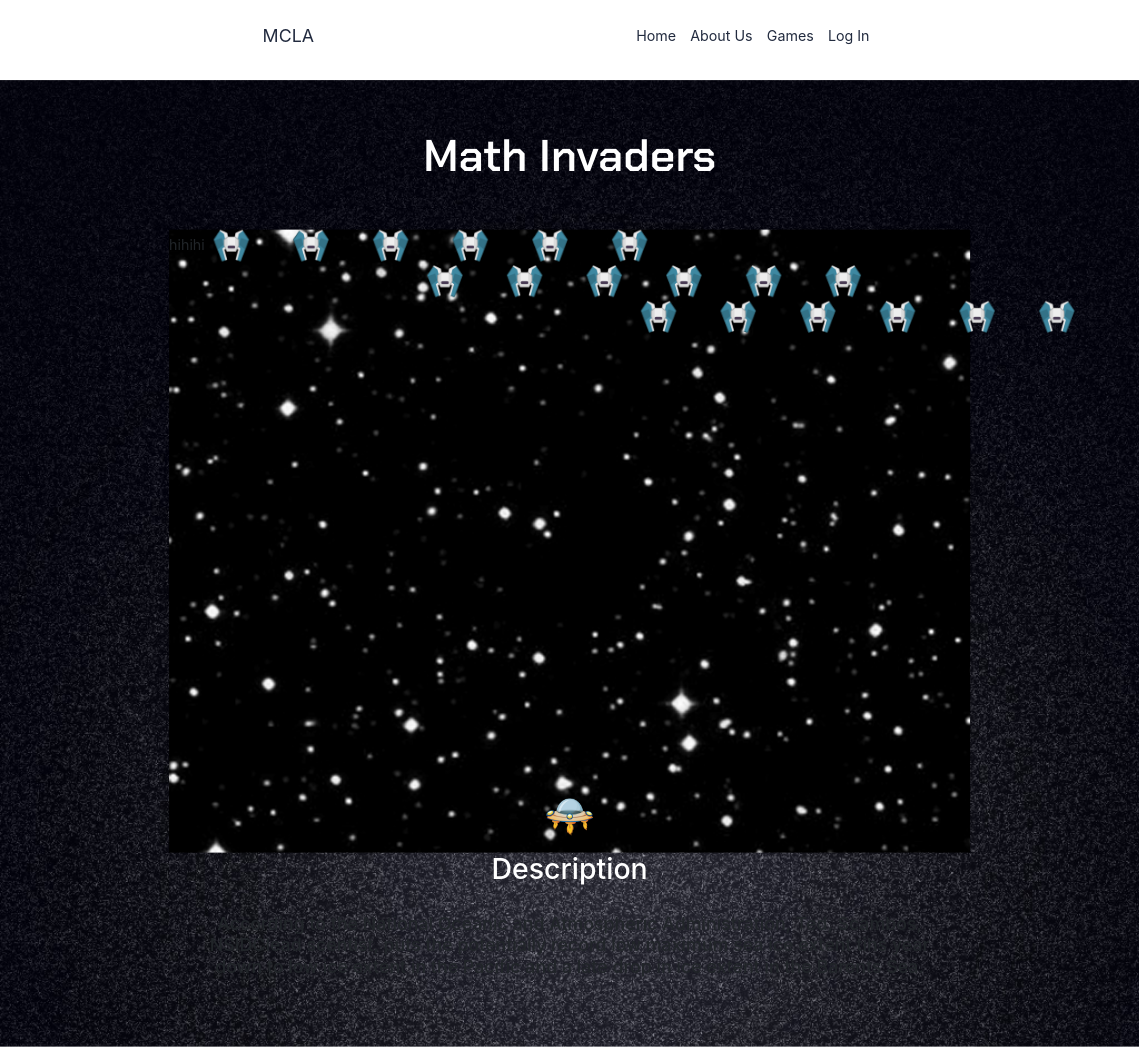
Repository: kkyler24/MathInvader
Page: index.html
The author's editor kept a copy of each file at every save. The page is drawn from the files as they stood at one save, then again after the next save.
The browser window is 1280 px wide. The pictures show the whole page, at 89% of full size.
Some web libraries are served in a nearby version.

Above is the page before, as saved 2020-07-20 15:21:54.

### index.html
<!DOCTYPE html>
<html lang="en">
  <head>
    <!-- Required meta tags -->
    <meta charset="utf-8" />
    <meta
      name="viewport"
      content="width=device-width, initial-scale=1, shrink-to-fit=no"
    />

    <!-- Bootstrap CSS -->
    <link
      rel="stylesheet"
      href="https://maxcdn.bootstrapcdn.com/bootstrap/4.0.0/css/bootstrap.min.css"
      integrity="sha384-Gn5384xqQ1aoWXA+058RXPxPg6fy4IWvTNh0E263XmFcJlSAwiGgFAW/dAiS6JXm"
      crossorigin="anonymous"
    />

    <link
      href="https://fonts.googleapis.com/css2?family=Chakra+Petch:wght@600&display=swap"
      rel="stylesheet"
    />
    <link href="./jsFolder/index.css" rel="stylesheet" />

    <title>Math Invaders</title>
  </head>
  <!-- Navbar -->
  <body class="burger-menu">
    <div id="mainBody">
      <nav
        id="marginb"
        class="navbar navbar-expand-lg fixed-top navbar-transparent"
      >
        <div class="container">
          <a class="navbar-brand" href="#">MCLA</a>
          <div class="separator separator-primary"></div>
          <button
            class="navbar-toggler"
            type="button"
            data-toggle="collapse"
            data-target="#navbarNav"
            aria-controls="navbarNav"
            aria-expanded="false"
            aria-label="Toggle navigation"
          >
            <span class="navbar-toggler-icon"></span>
          </button>
          <div class="collapse navbar-collapse" id="navbarNav">
            <ul class="navbar-nav">
              <li class="nav-item active">
                <a class="nav-link" href="#"
                  >Home <span class="sr-only">(current)</span></a
                >
              </li>
              <li class="nav-item">
                <a class="nav-link" href="#">About Us</a>
              </li>
              <li class="nav-item">
                <a class="nav-link" href="#">Games</a>
              </li>
              <li class="nav-item">
                <a class="nav-link" href="#">Log In</a>
              </li>
            </ul>
          </div>
        </div>
      </nav>
      <div id="wrapper">


      </div>
      <div id="backgroundSection" class="section section-about-us">
        <div class="content-center">
            <div class="containerM">
              <h1 id="titleG" class="title">Math Invaders</h1>
            </div>
          </div>
        <div class="containerM">
          <div class="section-story-overview">

            <div class="separator separator-primary"></div>
            <div class="game-wrapper">
<div id="Game" class="Game"> hihihi</div>
<div class="congratulations">
    <h1>Congratulations!</h1>
    <h2>You won the game</h2>
    <button class="btn" onclick="window.location.reload()">Restart</button>
              </div>
              <div class="game-over">
                <h1>GAME OVER</h1>
                <h2>You lost the game</h2>
                <button class="btn" onclick="window.location.reload()">Restart</button>
          </div>
                    </div>
                    <div class="separator separator-primary"></div>
                    <div class="row">
                        <div class="col-md-8 ml-auto mr-auto text-center">
                            <h2 class="title gameT">Description</h2>
                            <h5 class="description">According to the National Oceanic and Atmospheric Administration, Ted, Scambos, NSIDClead scentist, puts the potentially record low maximum sea ice extent tihs year down to low ice extent in the Pacific and a late drop in ice extent in the Barents Sea.</h5>
                        </div>
                    </div>
                </div>
            </div>
        </div>
    </div>
    </div>
</div>
    <!-- Optional JavaScript -->
    <!-- jQuery first, then Popper.js, then Bootstrap JS -->
    <script
      src="https://code.jquery.com/jquery-3.2.1.slim.min.js"
      integrity="sha384-KJ3o2DKtIkvYIK3UENzmM7KCkRr/rE9/Qpg6aAZGJwFDMVNA/GpGFF93hXpG5KkN"
      crossorigin="anonymous"
    ></script>
    <script
      src="https://cdnjs.cloudflare.com/ajax/libs/popper.js/1.12.9/umd/popper.min.js"
      integrity="sha384-ApNbgh9B+Y1QKtv3Rn7W3mgPxhU9K/ScQsAP7hUibX39j7fakFPskvXusvfa0b4Q"
      crossorigin="anonymous"
    ></script>
    <script
      src="https://maxcdn.bootstrapcdn.com/bootstrap/4.0.0/js/bootstrap.min.js"
      integrity="sha384-JZR6Spejh4U02d8jOt6vLEHfe/JQGiRRSQQxSfFWpi1MquVdAyjUar5+76PVCmYl"
      crossorigin="anonymous"
    ></script>


    <script src="./jsFolder/Aliens.js"></script>
    <script src="./jsFolder/tokens.js"></script>
    <script src="./jsFolder/game.js"></script>
  </body>
</html>

### jsFolder/index.css
html,
body {
  height: 100%;
  margin: 0;
  font-size: 16px;
  columns: #222b3f;
}
/*  navbar*/

.navbar.navbar-transparent {
  background-color: transparent !important;
  box-shadow: none;
  color: #fff;
  padding-top: 20px !important;
}

.fixed-top {
  position: fixed;
  top: 0;
  right: 0;
  left: 0;
  z-index: 1030;
}
#navbarNav {
  justify-content: flex-end;
}

#marginb {
  margin-bottom: 20px !important;
}
.navbar {
  position: relative;
  display: flex;
  flex-wrap: wrap;
  align-items: center;
  justify-content: space-between;
  padding: 0.5rem 1rem;
  padding-top: 0.625rem;
  padding-bottom: 0.625rem;
  min-height: 53px;
}

a {
  color: #222b3f;
  text-decoration: none;
  background-color: transparent;
}

.containerM {
  width: 100%;
  padding-right: 15px;
  padding-left: 15px;
  margin-right: auto;
  margin-left: auto;
}

.button-dropdown {
  padding-right: 0.7rem;
  cursor: pointer;
}

.navbar.navbar-transparent {
  background-color: transparent !important;
  color: #fff;
}

.dropdown {
  position: relative;
}

.navbar > .container {
  display: flex;
  flex-wrap: wrap;
  align-items: center;
  justify-content: space-between;
}

.gameT {
  color: #fff;
}
#titleG {
  font-family: "Chakra Petch", sans-serif;
  font-size: 50px;
  font-weight: 700;
  padding-top: 30px;
}
/*  container */

.page-header.page-header-small {
  min-height: 60vh;
  max-height: 440px;
}

.page-header {
  padding: 0;
  color: #fff;
  position: relative;
  overflow: hidden;
}

.page-header .page-header-image {
  position: absolute;
  background-size: cover;
  background-position: 50%;
  width: 100%;
  height: 100%;
  z-index: -1;
}

.navbar-toggler:not(:disabled):not(.disabled) {
  cursor: pointer;
}

.content-center {
  position: relative;
  top: 50%;
  left: 50%;
  z-index: 2;
  transform: translate(-50%, -50%);
  text-align: center;
  color: #fff;
  padding: 0 15px;
  width: 100%;
  max-width: 880px;
}

.text-center {
  text-align: center !important;
}

.page-header .container {
  height: 100%;
  z-index: 1;
  text-align: center;
  position: relative;
}

.section {
  padding: 70px 0;
  position: relative;
  background: #fff;
}

.row {
  display: flex;
  flex-wrap: wrap;
  margin-right: -15px;
  margin-left: -15px;
}

.ml-auto,
.mx-auto {
  margin-left: auto !important;
}
.mr-auto,
.mx-auto {
  margin-right: auto !important;
}

.col-md-8 {
  position: relative;
  width: 100%;
  padding-right: 15px;
  padding-left: 15px;
}
h2 {
  margin-bottom: 30px;
  line-height: 1.2;
}

#backgroundSection {
  background-image: url("./pictures/MathApics/spaceship/blackmatte.jpg");
  background-repeat: no-repeat;
  background-size: cover;
  width: 100%;
  height: auto;
}

/* Game */

#Game {
  width: 900px;
  height: 700px;
  background: url("/jsFolder/pictures/MathApics/spaceship/blackskybackground.jpg");
  animation: scroll-background 5s linear infinite;
  box-shadow: 0 2px 10px rgba(0, 0, 0, 0.2);
  position: relative;
}

.wrap {
  display: flex;
  flex-direction: column;
  height: 100%;
}

.game-wrapper {
  flex: 1;
  display: flex;
  justify-content: center;
  align-items: center;
  /* background: #2; */
}

.game .enemy {
  position: absolute;
  margin-left: -20px;
  margin-top: -18px;
  width: 40px;
  height: 40px;
}

.game .token {
  position: absolute;
  margin-left: -20px;
  margin-top: -18px;
  width: 40px;
}

.player {
  position: absolute;
  margin-left: -20px;
  width: 60px;
  height: 60px;
  z-index: 3;
}

.game {
  position: absolute;
  margin-left: -20px;
  width: 40px;
  height: 40px;
}

.game .laser {
  position: absolute;
  margin-left: -2.5px;
  height: 30px;
}

.game .enemy-laser {
  position: absolute;
  margin-left: -2.5px;
  height: 30px;
}

.congratulations {
  display: none;
  position: absolute;
  background: #c7a526;
  color: white;
  padding: 20px 50px;
  box-shadow: 0 2px 10px rgba(0, 0, 0, 0.2);
  border-radius: 10px;
  text-align: center;
  animation: pop-in 1s;
}

.game-over {
  display: none;
  position: absolute;
  background: #6b1818;
  color: white;
  padding: 20px 50px;
  box-shadow: 0 2px 10px rgba(0, 0, 0, 0.2);
  border-radius: 10px;
  text-align: center;
  animation: pop-in 1s;
}

@keyframes scroll-background {
  from {
    background-position-y: 0px;
  }
  to {
    background-position-y: 300px;
  }
}

@keyframes pop-in {
  0% {
    opacity: 0;
    transform: translate(0, -100px);
  }
  10% {
    opacity: 1;
  }
  50% {
    transform: translate(0, 30px);
  }
  100% {
    transform: translate(0, 0);
  }
}

/* media Queries */

@media (min-width: 768px) {
  .col-md-8 {
    flex: 0 0 66.666667%;
    max-width: 66.666667%;
  }
}
@media (min-width: 768px) {
  .container {
    max-width: 720px;
  }
}

@media (min-width: 992px) {
  .navbar-expand-lg .navbar-toggler {
    display: none;
  }
}

@media (max-width: 991.98px) {
  .navbar-expand-lg > .container {
    padding-right: 0;
    padding-left: 0;
  }
}

@media (min-width: 768px) {
  .container {
    max-width: 720px;
  }
}

@media screen and (max-width: 991px) {
  .button-dropdown {
    display: none;
  }
}

@media (min-width: 992px) {
  .navbar-expand-lg .navbar-toggler {
    display: none;
  }
}

@media screen and (max-width: 991px) {
  .sidebar-collapse .wrapper {
    transition: all 0.5s cubic-bezier(0.685, 0.0473, 0.346, 1);
  }
}

### jsFolder/game.js
const GAME_WIDTH = 800;
const GAME_HEIGHT = 700;

const KEY_CODE_LEFT = 37;
const KEY_CODE_RIGHT = 39;
const KEY_CODE_SPACE = 32;
const POINT_VALUE = 0;
// needed to calculate clamp so player an enemies so no move off screen.
const PLAYER_WIDTH = 5;
// ship movement speed
const PLAYER_MAX_SPEED = 500.0;
const LASER_MAX_SPEED = 300.0;
const LASER_COOLDOWN = 0.5;

const TOKENS_PER_ROW = 10;
const ENEMIES_PER_ROW = 6;
const ENEMY_HORIZONTAL_PADDING = 10;
const ENEMY_VERTICAL_PADDING = 20;
const ENEMY_VERTICAL_SPACING = 40;
const ENEMY_COOLDOWN = 5.0;
// contains entire state of game which included position of player, lasers and enemies on screen.
const tokensArray = [
  {
    url: "/jsFolder/pictures/MathApics/invaders_png/one.png",
    point: 1,
  },
  {
    url: "/jsFolder/pictures/MathApics/invaders_png/two.png",
    point: 2,
  },
  {
    url: "/jsFolder/pictures/MathApics/invaders_png/three.png",
    point: 3,
  },
  {
    url: "/jsFolder/pictures/MathApics/invaders_png/four.png",
    point: 4,
  },
  {
    url: "/jsFolder/pictures/MathApics/invaders_png/five.png",
    point: 5,
  },
  {
    url: "/jsFolder/pictures/MathApics/invaders_png/six.png",
    point: 6,
  },
  {
    url: "/jsFolder/pictures/MathApics/invaders_png/seven.png",
    point: 7,
  },
  {
    url: "/jsFolder/pictures/MathApics/invaders_png/eight.png",
    point: 8,
  },
  {
    url: "/jsFolder/pictures/MathApics/invaders_png/nine.png",
    point: 9,
  },
];

const GAME_STATE = {
  lastTime: Date.now(),
  // setting the keys pressed to false
  leftPressed: false,
  rightPressed: false,
  spacePressed: false,
  // players
  playerX: 0,
  playerY: 0,
  playerCooldown: 0,
  lasers: [],
  enemies: [],
  tokens: [],
  pointvalue: [],
  enemyLasers: [],
  gameOver: false,
};

function rectsIntersect(r1, r2) {
  return !(
    r2.left > r1.right ||
    r2.right < r1.left ||
    r2.top > r1.bottom ||
    r2.bottom < r1.top
  );
}

// positioning for our enemies
function setPosition($el, x, y) {
  $el.style.transform = `translate(${x}px, ${y}px)`;
}

// calculates restraints of objects on Canvas, so they do not move beyond canvas
function clamp(v, min, max) {
  // is input value smaller than minumum, yes? return min
  if (v < min) {
    return min;
    // is input value larger than maximum, yes? return max
  } else if (v > max) {
    return max;
    // else give average
  } else {
    return v;
  }
}

function rand(min, max) {
  if (min === undefined) min = 0;
  if (max === undefined) max = 1;
  return min + Math.random() * (max - min);
}

function createPlayer($container) {
  // position of player in middle of screen you can reference the global var of gamewidth like you did below, for future refrence. this will keep the palyer on the game board.
  GAME_STATE.playerX = GAME_WIDTH / 2;
  GAME_STATE.playerY = GAME_HEIGHT - 70;
  const $player = document.createElement("img");
  $player.src = "/jsFolder/pictures/MathApics/spaceship/spaceship3.png";
  $player.style = "height:90px, width: 90px";
  $player.className = "player";
  $container.appendChild($player);
  setPosition($player, GAME_STATE.playerX, GAME_STATE.playerY);
}

// you lose, when player is hit but laser.
function destroyPlayer($container, player) {
  $container.removeChild(player);
  GAME_STATE.gameOver = true;
  // const audio = new Audio("sound/sfx-lose.ogg");
  audio.play();
}

function updatePlayer(dt, $container) {
  if (GAME_STATE.leftPressed) {
    GAME_STATE.playerX -= dt * PLAYER_MAX_SPEED;
  }
  if (GAME_STATE.rightPressed) {
    GAME_STATE.playerX += dt * PLAYER_MAX_SPEED;
  }

  GAME_STATE.playerX = clamp(
    GAME_STATE.playerX,
    PLAYER_WIDTH,
    GAME_WIDTH - PLAYER_WIDTH
  );

  if (GAME_STATE.spacePressed && GAME_STATE.playerCooldown <= 0) {
    createLaser($container, GAME_STATE.playerX, GAME_STATE.playerY);
    GAME_STATE.playerCooldown = LASER_COOLDOWN;
  }
  if (GAME_STATE.playerCooldown > 0) {
    GAME_STATE.playerCooldown -= dt;
  }

  const player = document.querySelector(".player");
  setPosition(player, GAME_STATE.playerX, GAME_STATE.playerY);
}

// laser container
function createLaser($container, x, y) {
  const $element = document.createElement("img");
  $element.src = "/jsFolder/pictures/img/laser-blue-1.png";
  $element.className = "laser";
  $container.appendChild($element);
  const laser = { x, y, $element };
  GAME_STATE.lasers.push(laser);
  // const audio = new Audio("./pictures/sound/sfx-laser1.ogg");
  // audio.play();
  setPosition($element, x, y);
}

function updateLasers(dt, $container) {
  const lasers = GAME_STATE.lasers;
  for (let i = 0; i < lasers.length; i++) {
    const laser = lasers[i];
    laser.y -= dt * LASER_MAX_SPEED;
    if (laser.y < 0) {
      destroyLaser($container, laser);
    }
    setPosition(laser.$element, laser.x, laser.y);
    const r1 = laser.$element.getBoundingClientRect();
    const enemies = GAME_STATE.enemies;
    for (let j = 0; j < enemies.length; j++) {
      const enemy = enemies[j];
      if (enemy.isDead) continue;
      const r2 = enemy.$element.getBoundingClientRect();
      if (rectsIntersect(r1, r2)) {
        // Enemy was hit
        destroyEnemy($container, enemy);
        destroyLaser($container, laser);
        break;
      }
    }
  }
  GAME_STATE.lasers = GAME_STATE.lasers.filter((e) => !e.isDead);
}

function destroyLaser($container, laser) {
  $container.removeChild(laser.$element);
  laser.isDead = true;
}

// // CREATE ENEMY
function createEnemy($container, x, y) {
  const $element = document.createElement("img");
  $element.src = "/jsFolder/pictures/img/enemy-blue-1.png";
  $element.className = "enemy";
  $container.appendChild($element);
  const enemy = {
    x,
    y,
    cooldown: rand(0.5, ENEMY_COOLDOWN),
    $element,
  };
  GAME_STATE.enemies.push(enemy);
  setPosition($element, x, y);
}

function updateEnemies(dt, $container) {
  const dx = Math.sin(GAME_STATE.lastTime / 1000.0) * 50;
  const dy = Math.cos(GAME_STATE.lastTime / 1000.0) * 10;

  const enemies = GAME_STATE.enemies;
  for (let i = 0; i < enemies.length; i++) {
    const enemy = enemies[i];
    const x = enemy.x + dx;
    const y = enemy.y + dy;
    setPosition(enemy.$element, x, y);
    enemy.cooldown -= dt;
    if (enemy.cooldown <= 0) {
      createEnemyLaser($container, x, y);
      enemy.cooldown = ENEMY_COOLDOWN;
    }
  }
  GAME_STATE.enemies = GAME_STATE.enemies.filter((e) => !e.isDead);
}

// tokens
// function createTokens($container, x, y) {
//   const $element = document.createElement("img");
//   const index = Math.random() * tokensArray.lenghth;
//   $element.src = tokensArray[index].url;
//   $element.className = "token";
//   $element.setAttribute("data-point", tokensArray[index].point);
//   $container.appendChild($element);
//   const tokens = { x, y, $element };
//   GAME_STATE.tokens.push(tokens);
//   // const audio = new Audio("./pictures/sound/sfx-laser1.ogg");
//   // audio.play();
//   setPosition($element, x, y);
// }

// function updateTokens(dt, $container) {
//   const tokens = GAME_STATE.tokens;
//   for (let i = 0; i < tokensArray.length; i++) {
//     const tokens = tokens[i];
//     tokens.y -= dt * LASER_MAX_SPEED;
//     if (tokens.y < 0) {
//       destroyLaser($container, tokens);
//     }
//     setPosition(tokens.$element, tokens.x, tokens.y);
//     const r1 = tokens.$element.getBoundingClientRect();
//     const enemies = GAME_STATE.enemies;
//     for (let j = 0; j < enemies.length; j++) {
//       const enemy = enemies[j];
//       if (enemy.isDead) continue;
//       const r2 = enemy.$element.getBoundingClientRect();
//       if (rectsIntersect(r1, r2)) {
//         // Enemy was hit
//         destroyToken($container, tokens);
//         // get attribute point form container nd push into array.
//       }
//     }
//   }
//   GAME_STATE.tokens = GAME_STATE.tokens.filter((e) => !e.isDead);
// }

function init() {
  const $container = document.querySelector(".Game");
  createPlayer($container);

  const enemySpacing =
    (GAME_WIDTH - ENEMY_HORIZONTAL_PADDING * 50) / ENEMIES_PER_ROW - 0.5;
  for (let j = 0; j < 3; j++) {
    const y = 0 + j * ENEMY_VERTICAL_SPACING;
    for (let i = 0; i < ENEMIES_PER_ROW; i++) {
      const x = i * enemySpacing + ENEMY_HORIZONTAL_PADDING;
      createEnemy($container, x, y);
    }
  }
}

function update(e) {
  const currentTime = Date.now();
  const dt = (currentTime - GAME_STATE.lastTime) / 1000.0;

  // display gameover block
  if (GAME_STATE.gameOver) {
    document.querySelector(".game-over").style.display = "block";
    return;
  }

  // display winning
  function playerHasWon() {
    return GAME_STATE.enemies.length === 0;
  }

  const $container = document.querySelector(".Game");
  updatePlayer(dt, $container);
  updateLasers(dt, $container);

  GAME_STATE.lastTime = currentTime;
  window.requestAnimationFrame(update);
}

function onKeyDown(e) {
  if (e.keyCode === KEY_CODE_LEFT) {
    GAME_STATE.leftPressed = true;
  } else if (e.keyCode === KEY_CODE_RIGHT) {
    GAME_STATE.rightPressed = true;
  } else if (e.keyCode === KEY_CODE_SPACE) {
    GAME_STATE.spacePressed = true;
  }
}

function onKeyUp(e) {
  if (e.keyCode === KEY_CODE_LEFT) {
    GAME_STATE.leftPressed = false;
  } else if (e.keyCode === KEY_CODE_RIGHT) {
    GAME_STATE.rightPressed = false;
  } else if (e.keyCode === KEY_CODE_SPACE) {
    GAME_STATE.spacePressed = false;
  }
}

init();
window.addEventListener("keydown", onKeyDown);
window.addEventListener("keyup", onKeyUp);
window.requestAnimationFrame(update);

Loaded but not shown: jsFolder/Aliens.js (empty); jsFolder/tokens.js (empty)

After the next save:
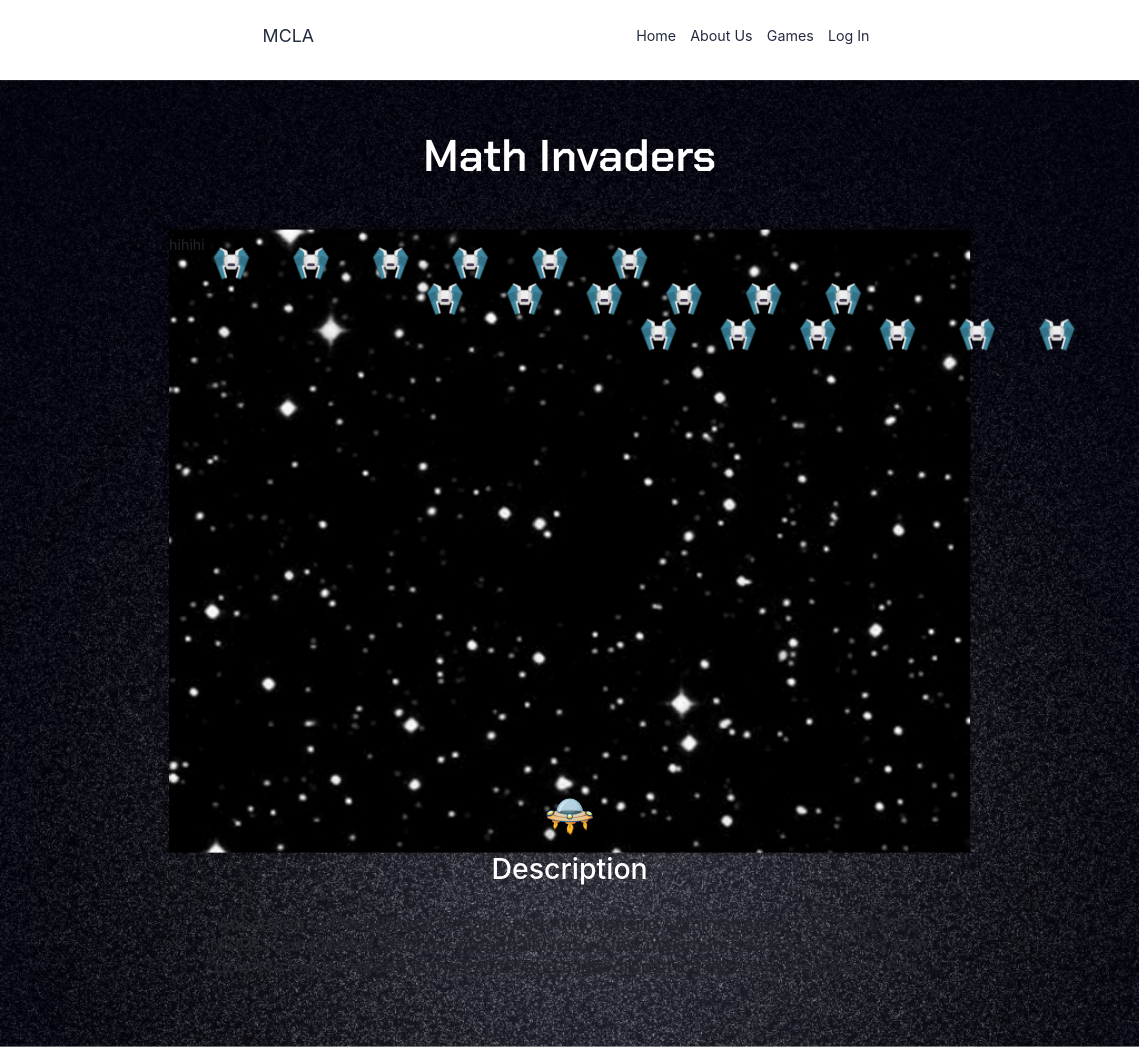
Saved 17 s later.
--- a/jsFolder/game.js
+++ b/jsFolder/game.js
@@ -282,7 +282,7 @@ function init() {
   const enemySpacing =
     (GAME_WIDTH - ENEMY_HORIZONTAL_PADDING * 50) / ENEMIES_PER_ROW - 0.5;
   for (let j = 0; j < 3; j++) {
-    const y = 0 + j * ENEMY_VERTICAL_SPACING;
+    const y = ENEMY_VERTICAL_PADDING + j * ENEMY_VERTICAL_SPACING;
     for (let i = 0; i < ENEMIES_PER_ROW; i++) {
       const x = i * enemySpacing + ENEMY_HORIZONTAL_PADDING;
       createEnemy($container, x, y);
